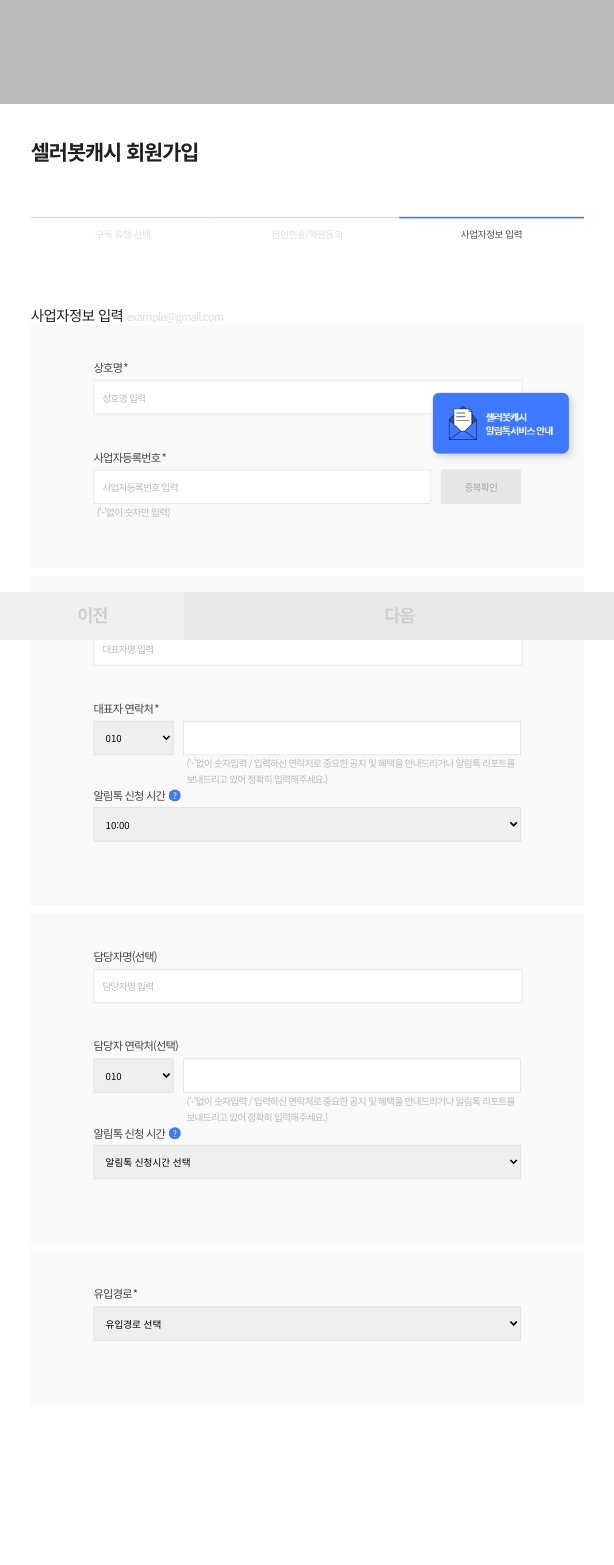
Repository: elemapfelr/ownServer
Page: test-server/web/sellerbot_signup/step_03.html
An editor plug-in stored every save of this project. The page is shown before and after the next save, followed by the edit.
The browser window is 768 px wide. The pictures show the whole page, at 80% of full size.
The style sheet was rebuilt from its Sass, Less or Tailwind sources for each picture, by a compiler version that may differ from the author's.

Above is the page before, as saved 2023-03-10 17:37:43.

### test-server/web/sellerbot_signup/step_03.html
<!DOCTYPE html>
<html lang="ko">

<head>
	<meta charset="UTF-8">
	<meta http-equiv="X-UA-Compatible" content="IE=edge">
	<meta name="viewport" content="width=device-width, initial-scale=1.0">
	<title>셀러봇캐시 회원가입</title>
	<link rel="stylesheet" href="./css/step_03.css">
	<script type="module" src="./js/step_03.js" defer></script>
</head>

<body>
	<!-- <header>는 기존헤더로 대체하면 됩니다 임시로 넣어둠 -->
	<header></header>
	<main>
		<section>
			<button class="fixed2" id="prevStep">
				<span>이전</span>
			</button>
			<button class="fixed _70" id="nextStep">
				<span>다음</span>
				<img src="./img/rightArrow.svg" />
			</button>
			<button class="fixed3" id="talkInfo">
				<img class="normal" src="./img/talkInfo.png" alt="talkInfo">
				<img class="mini" src="./img/talkInfo_mini.png" alt="talkInfo">
			</button>
			<article id="top">
				<div class="title">
					<h1>셀러봇캐시 회원가입</h1>
				</div>
				<div class="processBar">
					<div class="first step">
						<span class="line"></span>
						<p>구독 유형 선택</p>
					</div>
					<div class="second step">
						<span class="line"></span>
						<p>본인인증/약관동의</p>
					</div>
					<div class="third step active">
						<span class="line"></span>
						<p>사업자정보 입력</p>
					</div>
				</div>
			</article>
			<article id="bizInfo">
				<h2>사업자정보 입력<small id="userEmail">example@gmail.com</small></h2>
				<div class="bg">
					<div class="wrapper">
						<p class="essential">상호명</p>
						<div class="row">
							<input type="text" id="bizName" placeholder="상호명 입력">
							<span id="msg1" class="underMsg red">상호명을 입력해주세요.</span>
						</div>
						<p class="essential">사업자등록번호</p>
						<div class="flexRow">
							<input class="onlyNumber" type="text" id="bizNum" placeholder="사업자등록번호 입력">
							<button id="bizNumCheck">중복확인</button>
							<span class="underMsg">('-'없이 숫자만 입력)</span>
							<span id="msg2" class="errMsg">사업자번호를 입력해주세요.</span>
						</div>
					</div>
				</div>
				<div class="bg">
					<div class="wrapper">
						<p class="essential">대표자명</p>
						<div class="row">
							<input type="text" id="userName" placeholder="대표자명 입력">
							<span id="msg3" class="underMsg red">대표자명을 입력해주세요.</span>
						</div>
						<p class="essential">대표자 연락처</p>
						<div class="flexRow">
							<select id="userPhone_1">
								<option value="010" selected>010</option>
								<option value="011">011</option>
								<option value="016">016</option>
								<option value="017">017</option>
								<option value="018">018</option>
								<option value="019">019</option>
							</select>
							<input class="onlyNumber" type="text" id="userPhone_2">
							<span class="underMsg marginLeft">('-'없이 숫자입력 / 입력하신 연락처로 중요한 공지 및 혜택을 안내드리거나 알림톡
								리포트를 보내드리고 있어 정확히 입력해주세요.)</span>
							<span id="msg4" class="errMsg">대표자 연락처를 입력해주세요.</span>
						</div>
						<p class="question">알림톡 신청 시간 <img id="talkInfo" src="./img/questionBtn.svg" alt="manual open"></p>
						<div class="row">
							<select id="talkTime_1">
								<option value="">알림톡 신청시간 선택</option>
								<option value="0800">08:00</option>
								<option value="0900">09:00</option>
								<option value="1000" selected>10:00</option>
								<option value="1100">11:00</option>
								<option value="1200">12:00</option>
								<option value="1300">13:00</option>
								<option value="1400">14:00</option>
								<option value="1500">15:00</option>
								<option value="1600">16:00</option>
								<option value="1700">17:00</option>
								<option value="1800">18:00</option>
								<option value="1900">19:00</option>
								<option value="2000">20:00</option>
							</select>
						</div>
					</div>
				</div>
				<div class="bg">
					<div class="wrapper">
						<p>담당자명(선택)</p>
						<div class="row">
							<input type="text" id="managerName" placeholder="담당자명 입력">
						</div>
						<p>담당자 연락처(선택)</p>
						<div class="flexRow">
							<select id="managerPhone_1">
								<option value="010" selected>010</option>
								<option value="011">011</option>
								<option value="016">016</option>
								<option value="017">017</option>
								<option value="018">018</option>
								<option value="019">019</option>
							</select>
							<input class="onlyNumber" type="text" id="managerPhone_2">
							<span class="underMsg marginLeft">('-'없이 숫자입력 / 입력하신 연락처로 중요한 공지 및 혜택을 안내드리거나 알림톡
								리포트를 보내드리고 있어 정확히 입력해주세요.)</span>
						</div>
						<p class="question">알림톡 신청 시간 <img id="talkInfo" src="./img/questionBtn.svg" alt="manual open"></p>
						<div class="row">
							<select id="talkTime_2">
								<option value="" selected>알림톡 신청시간 선택</option>
								<option value="0800">08:00</option>
								<option value="0900">09:00</option>
								<option value="1000">10:00</option>
								<option value="1100">11:00</option>
								<option value="1200">12:00</option>
								<option value="1300">13:00</option>
								<option value="1400">14:00</option>
								<option value="1500">15:00</option>
								<option value="1600">16:00</option>
								<option value="1700">17:00</option>
								<option value="1800">18:00</option>
								<option value="1900">19:00</option>
								<option value="2000">20:00</option>
							</select>
						</div>
					</div>
				</div>
				<div class="bg">
					<div class="wrapper">
						<p class="essential">유입경로</p>
						<div class="row">
							<select id="funnel">
								<!-- -리스트 : SMP-공통코드 A020 ‘유입경로’ 기준 -->
								<option value="" selected>유입경로 선택</option>
								<option value="AIN">지인소개</option>
							</select>
							<span id="msg5" class="underMsg red">유입경로를 선택해주세요.</span>
						</div>
					</div>
				</div>
			</article>
		</section>
	</main>
</body>

</html>

### test-server/web/sellerbot_signup/css/scss/step_03.scss
@import "./common", "./modal";

article#bizInfo {
    margin-top: 80px;
    margin-bottom: 200px;

    h2 {
        font-size: 18px;
        font-weight: 500;
        letter-spacing: -0.65px;
        color: #202020;

        small {
            font-size: 14px;
            font-weight: 500;
            letter-spacing: -0.98px;
            text-align: left;
            color: #dedede;
            margin-left: 4px;
        }
    }

    .bg {
        width: 100%;
        padding: 40px 10px;
        box-sizing: border-box;
        background-color: #f9f9f9;
        margin-bottom: 10px;

        .wrapper {
            width: 100%;
            max-width: 534px;
            margin: 0 auto;

            p {
                display: inline;
                font-size: 14px;
                font-weight: 500;
                letter-spacing: -0.98px;
                color: #474246;
                position: relative;

                &.essential::after {
                    content: '*';
                    position: absolute;
                    top: 0px;
                    right: -7px;
                    display: block;
                }

                &.question {
                    display: flex;
                    align-items: center;

                    img {
                        margin-left: 5px;
                        cursor: pointer;
                    }
                }
            }

            .row,
            .flexRow {
                position: relative;
                margin-top: 5px;
                margin-bottom: 40px;

                span.underMsg {
                    font-size: 12px;
                    font-weight: 500;
                    line-height: 1.67;
                    letter-spacing: -0.84px;
                    text-align: left;
                    color: #bbb;
                    position: absolute;
                    top: 100%;
                    left: 4px;

                    b {
                        font-weight: 500;
                        color: #3d78ff;
                    }

                    &.red {
                        color: #ff7070;
                        display: none;
                    }

                    &.marginLeft {
                        margin-left: 112px;
                    }
                }

                span.errMsg {
                    font-size: 12px;
                    font-weight: 500;
                    line-height: 1.67;
                    letter-spacing: -0.84px;
                    text-align: left;
                    color: #ff7070;
                    position: absolute;
                    top: calc(100% + 20px);
                    left: 4px;
                    display: none;

                    &#msg2{
                        &.blue{
                            color: #3d78ff;
                        }
                    }

                    &#msg4{
                        top: 50%;
                        right: 5px;
                        left: auto;
                        transform: translateY(-50%);
                    }
                }
            }

            .row {
                margin-bottom: 40px;

                input {
                    width: 100%;
                    outline: none;
                    border: 1px solid #e2e2e2;
                    padding: 12px 0;
                    text-indent: 10px;
                    font-size: 12px;

                    &:focus{
                        outline: 2px solid black;
                    }
                }

                select {
                    width: 100%;
                    outline: none;
                    border: 1px solid #e2e2e2;
                    padding: 11px 0;
                    text-indent: 10px;
                    font-size: 12px;

                    &:focus{
                        outline: 2px solid black;
                    }
                }
            }

            .flexRow {
                display: flex;
                align-items: center;
                justify-content: space-between;

                input {
                    flex: 1;
                    width: 100%;
                    outline: none;
                    border: 1px solid #e2e2e2;
                    padding: 12px 0;
                    text-indent: 10px;
                    font-size: 12px;

                    &#bizNum {
                        margin-right: 12px;
                    }

                    &:focus{
                        outline: 2px solid black;
                    }
                }

                select#userPhone_1,
                select#managerPhone_1 {
                    width: 100px;
                    margin-right: 12px;
                    outline: none;
                    border: 1px solid #e2e2e2;
                    padding: 11px 0;
                    text-indent: 10px;
                    font-size: 12px;

                    &:focus{
                        outline: 2px solid black;
                    }
                }

                button {
                    width: 100px;
                    outline: none;
                    border: 1px solid #e6e6e6;
                    padding: 12px 0;
                    background-color: #e6e6e6;
                    color: #ababab;
                    font-size: 12px;
                    letter-spacing: -0.84px;
                    cursor: pointer;

                    &.blue {
                        background-color: #3d78ff;
                        color: white;
                    }

                    &:disabled {
                        background-color: #f0f0f0;
                        color: #ababab;
                        pointer-events: none;
                    }
                }
            }
        }
    }
}

button.fixed3 {
    cursor: pointer;
    border: none;
    outline: none;
    background: none;
    padding: 0;
    margin: 0;
    position: fixed;
    top: 60%;
    right: 5%;
    z-index: 10;

    img{
        &.mini{
            display: none;
        }
    }
}

.modal#talkInfo {
    .layerPopup{
        .popupBody{
            max-height: 80vh;
            overflow: hidden;
        }
    }
    .wrapper {
        max-width: 1200px;
        display: flex;
        justify-content: space-between;
        padding: 80px 80px 0 80px;
        box-sizing: border-box;

        .left {
            width: 40%;

            img {
                width: 100%;
            }
        }

        .right {
            width: 50%;
            .row {
                &.flexRight {
                    display: flex;
                    justify-content: right;
                    margin-bottom: 60px;

                    img {
                        width: 100px;
                    }
                }

                p {
                    font-size: 14px;
                    line-height: 2.14;
                    letter-spacing: -0.98px;
                    text-align: left;
                    color: #2b2b2b;
                }
            }

            .flexRow {
                display: flex;
                align-items: center;
                margin-bottom: 30px;

                h2 {
                    font-size: 36px;
                    font-weight: bold;
                    letter-spacing: -2.52px;
                    color: #2b2b2b;
                    margin-bottom: 3px;
                }

                span {
                    flex: 1;
                    display: block;
                    margin-left: 12px;
                    height: 1px;
                    background-color: #d6d6d6;
                }
            }

            .grayBox {
                margin-top: 80px;
                background-color: #f8f8f8;
                padding: 60px 40px;
                box-sizing: border-box;

                h3 {
                    font-size: 26px;
                    font-weight: bold;
                    letter-spacing: -1.82px;
                    color: #2b2b2b;
                }

                .flexRow {
                    margin-top: 50px;
                    display: flex;
                    align-items: center;
                    justify-content: space-between;
                    position: relative;

                    input {
                        flex: 1;
                        width: 100%;
                        outline: none;
                        border: 1px solid #e2e2e2;
                        padding: 12px 0;
                        text-indent: 10px;
                        font-size: 12px;
                        margin-right: 12px;
                    }

                    select {
                        width: 120px;
                        margin-right: 12px;
                        outline: none;
                        border: 1px solid #e2e2e2;
                        padding: 11px 0;
                        text-indent: 10px;
                        font-size: 12px;
                    }

                    button {
                        width: 120px;
                        outline: none;
                        border: 1px solid #2b2b2b;
                        padding: 12px 0;
                        background-color: #2b2b2b;
                        color: white;
                        font-size: 12px;
                        letter-spacing: -0.84px;
                        cursor: pointer;
                    }

                    span.underMsg {
                        font-size: 14px;
                        font-weight: 500;
                        line-height: 1.67;
                        letter-spacing: -0.84px;
                        text-align: left;
                        color: #bbb;
                        position: absolute;
                        bottom: -20px;
                        left: 0;
                        background: none;
                    }
                }
            }
        }
    }
}

@media only screen and (max-width: 900px) {
    button.fixed3 {
        cursor: pointer;
        border: none;
        outline: none;
        background: none;
        padding: 0;
        margin: 0;
        position: fixed;
        top: 60%;
        right: 5%;
        z-index: 10;

        img{
            &.mini{
                display: none;
            }
        }
    }
}

### test-server/web/sellerbot_signup/css/scss/_common.scss
@charset "utf-8";
@import url('https://fonts.googleapis.com/css2?family=Noto+Sans+KR:wght@100;300;400;500;700;900&display=swap');

$blue: #3d78ff;

* {
	margin: 0;
	padding: 0;
	font-family: 'Noto Sans KR', sans-serif;
}

html {
	font-size: 16px;
	letter-spacing: -0.98px;
}

html,
body {
	width: 100%;
	height: auto;
}

ol,
ul,
li {
	list-style: none;
}

a {
	text-decoration: none;
	color: #000;
}

img {
	border: 0;
	display: block;
}

header,
main,
footer,
nav,
section,
article,
aside {
	display: block;
}


header{
	width: 100%;
	height: 130px;
	background-color: #bbb;
}

main{
	width: 100%;
	height: auto;

	.fixed2{
		background: none;
		border: none;
		outline: none;
		position: fixed;
		top: 210px;
		right: calc(5% + 100px);
		display: inline-flex;
		align-items: center;
		cursor: pointer;
		z-index: 1000;

		span{
			font-size: 30px;
			font-weight: bold;
			font-stretch: normal;
			font-style: normal;
			letter-spacing: -1.5px;
			text-align: right;
			color: #dedede;
			margin-bottom: 4px;
		}
	}

	.fixed{
		background: none;
		border: none;
		outline: none;
		position: fixed;
		top: 210px;
		right: 5%;
		display: inline-flex;
		align-items: center;
		z-index: 1000;
		cursor: pointer;

		span{
			font-size: 30px;
			font-weight: bold;
			font-stretch: normal;
			font-style: normal;
			letter-spacing: -1.5px;
			text-align: right;
			color: #dedede;
			margin-bottom: 4px;
		}

		img{
			filter: grayscale(100%) brightness(180%);
		}

		&.active{

			span{
				color: #3d78ff;
			}

			img{
				filter: none;
			}
		}
	}

	section{
		margin-top: 80px;

		article{
			width: 90%;
			max-width: 1200px;
			margin: 0 auto;

			input::placeholder{
				font-size: 12px;
				letter-spacing: -0.84px;
				color: #bbb;
			}
		}
	}
}

article#top{
	.title{
		display: flex;
		align-items: center;

		h1{
			font-size: 30px;
			font-weight: bold;
			letter-spacing: -1.5px;
			color: #202020;
			margin-bottom: 4px;
		}

		span{
			font-size: 12px;
			font-weight: 500;
			letter-spacing: -0.6px;
			text-align: center;
			color: #3d78ff;
			padding: 4px 18px 5px 18px;
			border: 1px solid #3d78ff;
			border-radius: 20px;
			margin-left: 4px;
			cursor: pointer;
		}
	}

	.processBar{
		margin-top: 80px;
		display: flex;
		align-items: center;
		justify-content: space-between;

		.step{
			width: 33.3333%;
			span{
				width: 100%;
				display: block;
				height: 2px;
				background-color: #dedede;
			}
			p{
				margin-top: 10px;
				text-align: center;
				font-size: 14px;
				font-weight: 500;
				letter-spacing: -0.5px;
				color: #dedede;
			}

			&.active{
				span{
					background-color: $blue;
				}
				p{
					color: #505050;
				}
			}
		}
	}
}

.checkBoxDiv {
	transform-origin: left;
	display: inline-flex;
	align-items: center;
	cursor: pointer;

	label.checkBox {
		width: 16px;
		height: 16px;
		border: 1px solid darken(#e8e8e8, 10%);
		border-radius: 13px;
		position: relative;
		transition: cubic-bezier(0.075, 0.82, 0.165, 1) .2s;
		cursor: pointer;
		display: block;
	}

	input.chkBox {
		display: none;

		&:checked+label.checkBox {
			background-color: $blue;
			border: 1px solid $blue;

			&::before {
				content: '';
				position: absolute;
				top: 0px;
				left: 3px;
				width: 9px;
				height: 12px;
				box-shadow: inset 2px 2px white;
				transform: rotate(-135deg);
			}
		}
	}

	label.text {
		margin-left: .2rem;
		font-size: .9rem;
		cursor: pointer;
	}

	&.square {
		label.checkBox {
			width: 15px;
			height: 15px;
			border: 1px solid darken(#e8e8e8, 10%);
			background-color: #fff;
			border-radius: 1px;
			position: relative;
			transition: cubic-bezier(0.075, 0.82, 0.165, 1) .2s;
			cursor: pointer;
			display: block;
		}

		input.chkBox {
			display: none;

			&:checked+label.checkBox {
				background-color: $blue;
				border: 1px solid $blue;

				&::before {
					content: '';
					position: absolute;
					top: -1px;
					left: 2.5px;
					width: 9px;
					height: 12px;
					box-shadow: inset 2px 2px white;
					transform: rotate(-135deg);
				}
			}
		}
	}
}


@media only screen and (max-width: 1400px) {
	main{
		.fixed2{
			right: 140px;
		}
		.fixed{
			right: 40px;
		}
	}
}

@media only screen and (max-width: 1200px) {
	main{
		section{
			margin-top: 40px;
		}
	}
	article#top{
		.title{

			h1{
				font-size: 26px;
				letter-spacing: -1.3px;
			}
		}
		.processBar{
			margin-top: 60px;

			.step{
				p{
					font-size: 12px;
				}
			}
		}
	}
}

@media only screen and (max-width: 900px) {
	main{
		.fixed2{
			top: auto;
			left: 0;
			right: auto;
			bottom: 0;
			width: 30%;
			justify-content: center;
			background-color: #f0f0f0;
			z-index: 1;
			padding: 12px 0;

			span{
				display: block;
				text-align: center;
				font-size: 22px;
				color: #cecece;
			}
		}
		.fixed{
			top: auto;
			right: 0;
			bottom: 0;
			width: 100%;
			justify-content: center;
			background-color: #e8e8e8;
			z-index: 1;
			padding: 12px 0;

			&._70{
				width: 70%;
			}

			span{
				display: block;
				text-align: center;
				font-size: 22px;
				color: #cecece;
			}

			img{
				display: none;
			}

			&.active{
				background-color: #3d78ff;

				span{
					color: white;
				}
			}
		}
	}
}

### test-server/web/sellerbot_signup/css/scss/_modal.scss
.modal {
	position: fixed;
	top: 0;
	left: 0;
	width: 100%;
	height: 100%;
	background-color: transparentize(#202020, .4);
	align-items: center;
	justify-content: center;
	z-index: 1000;
	overflow: hidden;
	display: flex;
	padding: 0 30px;
	box-sizing: border-box;

	.layerPopup {
		width: fit-content;
		height: auto;
		margin: 0 auto;
		box-sizing: border-box;
		overflow: hidden;
		position: relative;

		.popupHead {
			width: 100%;
			height: 40px;
			display: flex;
			justify-content: right;
			align-items: flex-start;

			button {
				cursor: pointer;
				border: none;
				background: none;

				span {
					font-size: 16px;
					font-weight: 300;
					letter-spacing: -1.12px;
					text-align: left;
					color: #fff;
				}
			}
		}

		.popupBody {
			width: 100%;
			height: auto;
			background-color: white;
			max-height: 70vh;
			overflow-y: auto;
			overflow-x: hidden;

			&::-webkit-scrollbar {
                width: 12px;
                height: 12px;
            }

            &::-webkit-scrollbar-track {
                background-color: #fff;
                border: 1px solid #e2e2e2;
            }

            &::-webkit-scrollbar-thumb {
                background-color: #f2f2f2;
                border: 1px solid #e2e2e2;
            }

			h1{
				font-size: 24px;
				font-weight: bold;
				letter-spacing: -1.92px;
				text-align: center;
				color: #202020;
			}
		}

		.btnBox {
			width: 100%;
			height: auto;
			margin: 0 auto;
			display: flex;
			align-items: center;

			button {
				width: 100%;
				outline: none;
				padding: 15px 0;
				cursor: pointer;
				border: none;
				font-size: 16px;
				font-weight: 500;
				letter-spacing: -1.12px;
				text-align: center;
				color: #2e1e00;
				// background-color: ;
			}
		}
	}
}

Loaded but not shown: test-server/web/sellerbot_signup/js/step_03.js (206 lines, source omitted); test-server/web/sellerbot_signup/js/import/createElement.js (65 lines, source omitted); test-server/web/sellerbot_signup/js/import/modalShow.js (54 lines, source omitted)

After the next save:
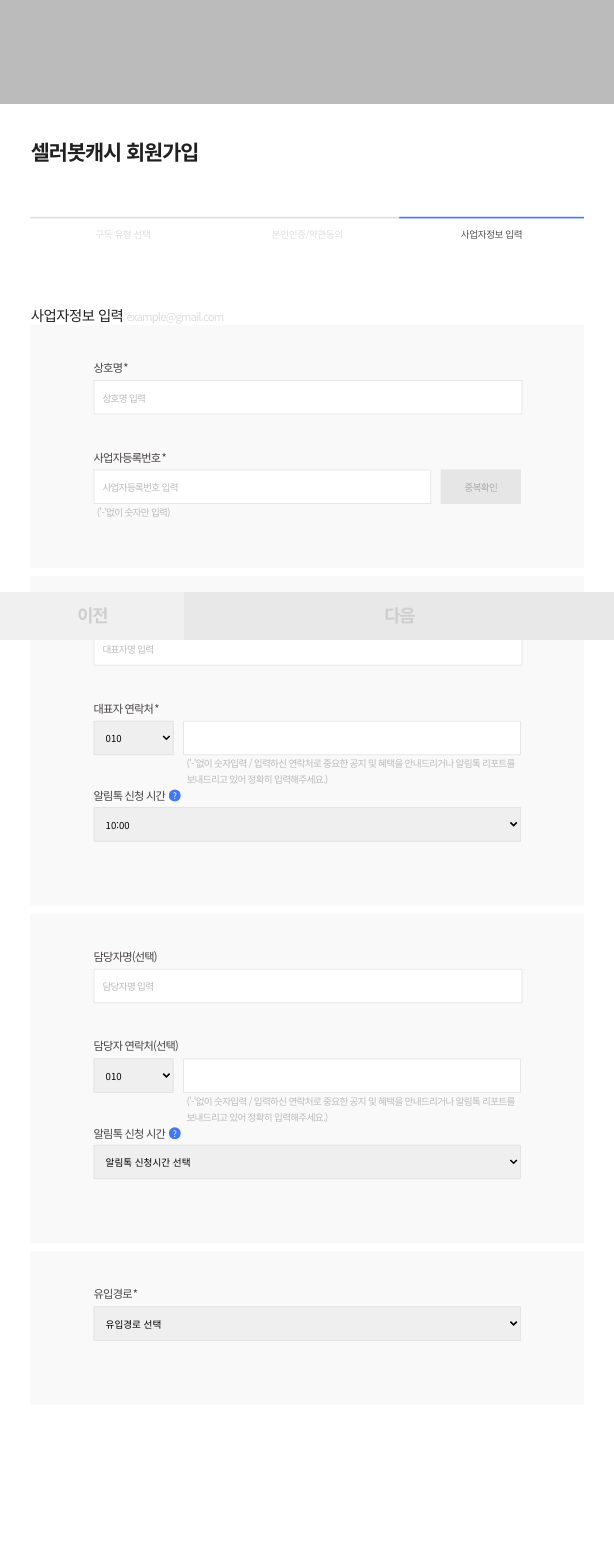
Saved 40 s later.
--- a/test-server/web/sellerbot_signup/css/scss/step_03.scss
+++ b/test-server/web/sellerbot_signup/css/scss/step_03.scss
@@ -371,21 +371,6 @@ button.fixed3 {
 
 @media only screen and (max-width: 900px) {
     button.fixed3 {
-        cursor: pointer;
-        border: none;
-        outline: none;
-        background: none;
-        padding: 0;
-        margin: 0;
-        position: fixed;
-        top: 60%;
-        right: 5%;
-        z-index: 10;
-
-        img{
-            &.mini{
-                display: none;
-            }
-        }
+        display: none;
     }
 }
